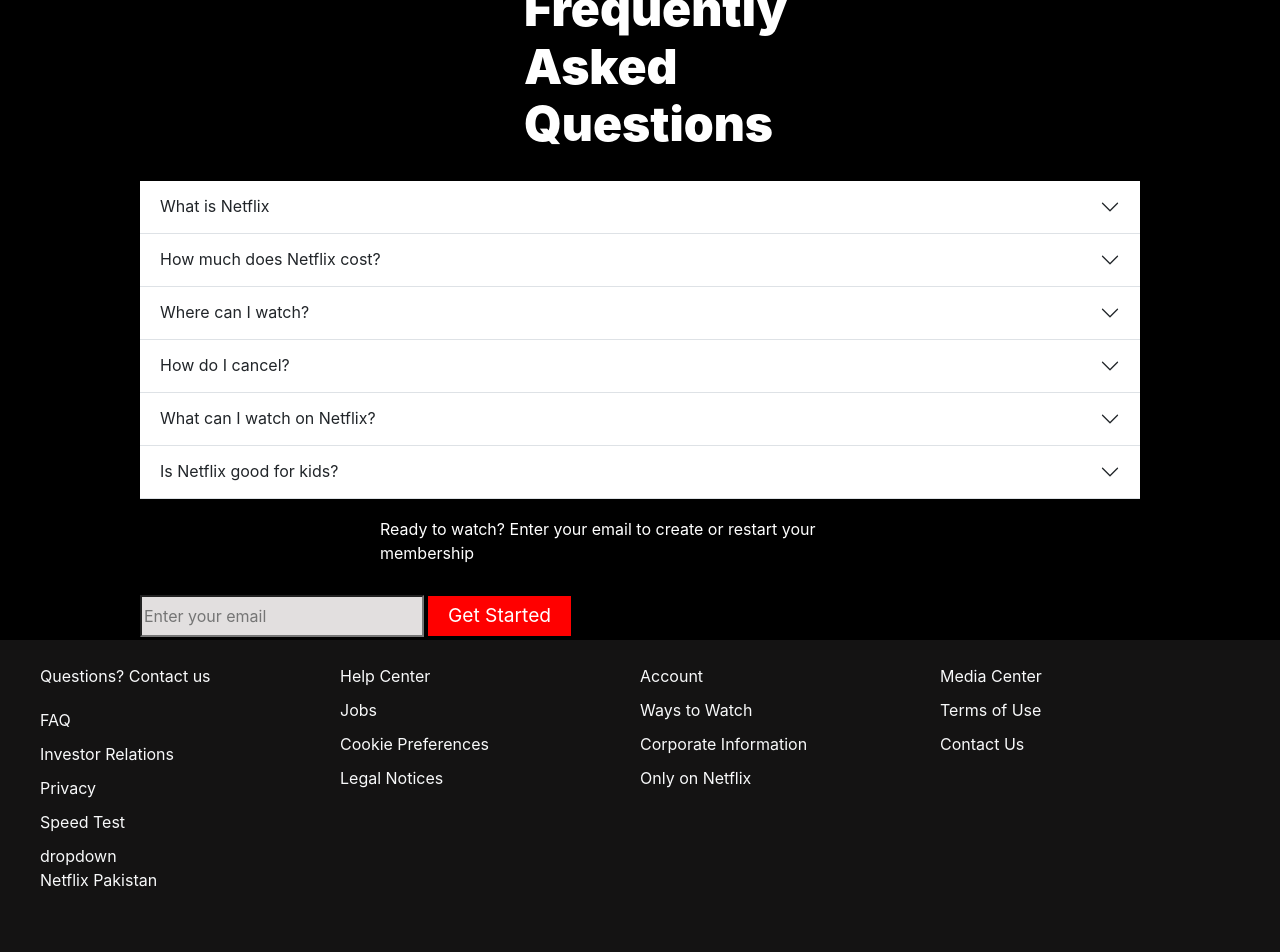
Repository: WajihaGul/Netflix-Clone
Page: /
The author's editor kept a copy of each file at every save. The page is drawn from the files as they stood at one save, then again after the next save.
The browser window is 1280 px wide. The pictures show the part of the page from y = 673 to 1625 px (the page is 1625 px tall before and 1614 px after).
The project was rebuilt for these pictures with package versions that can differ from the ones it lists, and the page was loaded fresh each time. Also part of the build but not shown: src/App.css.

Above is the page before, as saved 2024-05-24 16:04:58.

### public/index.html
<!DOCTYPE html>
<html lang="en">
  <head>
    <meta charset="utf-8" />
    <link rel="icon" href="https://encrypted-tbn0.gstatic.com/images?q=tbn:ANd9GcSJd82jZdXs8Uj9CX3mJFuRF27MZB7q_34xAg&s" />
    <meta name="viewport" content="width=device-width, initial-scale=1" />
    <meta name="theme-color" content="#000000" />
    <meta
      name="description"
      content="Web site created using create-react-app"
    />
    <link rel="apple-touch-icon" href="%PUBLIC_URL%/logo192.png" />
    <!--
      manifest.json provides metadata used when your web app is installed on a
      user's mobile device or desktop. See https://developers.google.com/web/fundamentals/web-app-manifest/
    -->
    <link rel="manifest" href="%PUBLIC_URL%/manifest.json" />
    <!--
      Notice the use of %PUBLIC_URL% in the tags above.
      It will be replaced with the URL of the `public` folder during the build.
      Only files inside the `public` folder can be referenced from the HTML.

      Unlike "/favicon.ico" or "favicon.ico", "%PUBLIC_URL%/favicon.ico" will
      work correctly both with client-side routing and a non-root public URL.
      Learn how to configure a non-root public URL by running `npm run build`.
    -->
    <title>Netflix- Watch TV Shows Online, Watch Movies Online</title>
  </head>
  <body>
    <noscript>You need to enable JavaScript to run this app.</noscript>
    <div id="root"></div>
    <!--
      This HTML file is a template.
      If you open it directly in the browser, you will see an empty page.

      You can add webfonts, meta tags, or analytics to this file.
      The build step will place the bundled scripts into the <body> tag.

      To begin the development, run `npm start` or `yarn start`.
      To create a production bundle, use `npm run build` or `yarn build`.
    -->
  </body>
</html>

### src/index.js
import "bootstrap/dist/css/bootstrap.min.css";
import React from "react";
import ReactDOM from "react-dom/client";
import "./index.css";
import App from "./App";
import reportWebVitals from "./reportWebVitals";

const root = ReactDOM.createRoot(document.getElementById("root"));
root.render(
  <React.StrictMode>
    <App />
  </React.StrictMode>
);

// If you want to start measuring performance in your app, pass a function
// to log results (for example: reportWebVitals(console.log))
// or send to an analytics endpoint. Learn more: https://bit.ly/CRA-vitals
reportWebVitals();

### src/App.js
import "./App.css";
import Footer from "./Components/Footer/Footer";
import FAQs from "./Components/FAQs/FAQs";
import SignupHere from "./Components/SignupHere/SignupHere";

function App() {
  return (
    <>
      <SignupHere />
      <FAQs />
      <Footer />
    </>
  );
}

export default App;

### src/Components/Footer/Footer.jsx
import React from "react";
import styles from "./Footer.module.css";
const Footer = () => {
  return (
    <>
      <footer className={`bg-dark text-light py-4 ${styles.mainclass}`}>
        <div className={styles.container}>
          <div className="row">
            <div className={styles.FooterHere}>
              <div className="col-lg-12">
                <p>Questions? Contact us </p>
                <ul>
                  <li>FAQ</li>
                  <li>Investor Relations</li>
                  <li>Privacy</li>
                  <li>Speed Test</li>
                  dropdown
                  <li>Netflix Pakistan</li>
                </ul>
              </div>

              <div className="col-lg-12">
                <ul>
                  <li>Help Center</li>
                  <li>Jobs</li>
                  <li>Cookie Preferences</li>
                  <li>Legal Notices</li>
                </ul>
              </div>

              <div className="col-lg-12 ">
                <ul>
                  <li>Account</li>
                  <li>Ways to Watch</li>
                  <li>Corporate Information</li>
                  <li>Only on Netflix</li>
                </ul>
              </div>

              <div className="col-lg-12 ">
                <ul>
                  <li>Media Center</li>
                  <li>Terms of Use</li>
                  <li>Contact Us</li>
                </ul>
              </div>
            </div>
          </div>
        </div>
      </footer>
    </>
  );
};

export default Footer;

### src/Components/FAQs/FAQs.jsx
import "bootstrap/dist/js/bootstrap.bundle.min.js"; // Import Bootstrap JavaScript
import React from "react";
import styles from "./FAQs.module.css";
const FAQs = () => {
  return (
    <>
      <div className={styles.parentdiv}>
        <h1 className={styles.faqh1}>Frequently Asked Questions</h1>
        <div
          className={`accordion accordion-flush id="accordionFlushExample" ${styles.container}`}
        >
          <div className="accordion-item">
            <h2 className="accordion-header">
              <button
                className="accordion-button collapsed"
                type="button"
                data-bs-toggle="collapse"
                data-bs-target="#flush-collapseOne"
                aria-expanded="false"
                aria-controls="flush-collapseOne"
              >
                What is Netflix
              </button>
            </h2>
            <div
              id="flush-collapseOne"
              className="accordion-collapse collapse"
              data-bs-parent="#accordionFlushExample"
            >
              <div className="accordion-body">
                Netflix is a streaming service that offers a wide variety of
                award-winning TV shows, movies, anime, documentaries, and more
                on thousands of internet-connected devices. You can watch as
                much as you want, whenever you want without a single commercial
                – all for one low monthly price. There's always something new to
                discover and new TV shows and movies are added every week!
              </div>
            </div>
          </div>
          <div className="accordion-item">
            <h2 className="accordion-header">
              <button
                className="accordion-button collapsed"
                type="button"
                data-bs-toggle="collapse"
                data-bs-target="#flush-collapseTwo"
                aria-expanded="false"
                aria-controls="flush-collapseTwo"
              >
                How much does Netflix cost?
              </button>
            </h2>
            <div
              id="flush-collapseTwo"
              className="accordion-collapse collapse"
              data-bs-parent="#accordionFlushExample"
            >
              <div className="accordion-body">
                Watch Netflix on your smartphone, tablet, Smart TV, laptop, or
                streaming device, all for one fixed monthly fee. Plans range
                from Rs 250 to Rs 1,100 a month. No extra costs, no contracts.
              </div>
            </div>
          </div>
          <div className="accordion-item">
            <h2 className="accordion-header">
              <button
                className="accordion-button collapsed"
                type="button"
                data-bs-toggle="collapse"
                data-bs-target="#flush-collapseThree"
                aria-expanded="false"
                aria-controls="flush-collapseThree"
              >
                Where can I watch?
              </button>
            </h2>
            <div
              id="flush-collapseThree"
              className="accordion-collapse collapse"
              data-bs-parent="#accordionFlushExample"
            >
              <div className="accordion-body">
                Watch anywhere, anytime. Sign in with your Netflix account to
                watch instantly on the web at netflix.com from your personal
                computer or on any internet-connected device that offers the
                Netflix app, including smart TVs, smartphones, tablets,
                streaming media players and game consoles. You can also download
                your favorite shows with the iOS, Android, or Windows 10 app.
                Use downloads to watch while you're on the go and without an
                internet connection. Take Netflix with you anywhere.
              </div>
            </div>
          </div>
          <div className="accordion-item">
            <h2 className="accordion-header">
              <button
                className="accordion-button collapsed"
                type="button"
                data-bs-toggle="collapse"
                data-bs-target="#flush-collapseOne"
                aria-expanded="false"
                aria-controls="flush-collapseOne"
              >
                How do I cancel?
              </button>
            </h2>
            <div
              id="flush-collapseOne"
              className="accordion-collapse collapse"
              data-bs-parent="#accordionFlushExample"
            >
              <div className="accordion-body">
                Netflix is flexible. There are no pesky contracts and no
                commitments. You can easily cancel your account online in two
                clicks. There are no cancellation fees – start or stop your
                account anytime.
              </div>
            </div>
          </div>
          <div className="accordion-item">
            <h2 className="accordion-header">
              <button
                className="accordion-button collapsed"
                type="button"
                data-bs-toggle="collapse"
                data-bs-target="#flush-collapseTwo"
                aria-expanded="false"
                aria-controls="flush-collapseTwo"
              >
                What can I watch on Netflix?
              </button>
            </h2>
            <div
              id="flush-collapseTwo"
              className="accordion-collapse collapse"
              data-bs-parent="#accordionFlushExample"
            >
              <div className="accordion-body">
                Netflix has an extensive library of feature films,
                documentaries, TV shows, anime, award-winning Netflix originals,
                and more. Watch as much as you want, anytime you want.
              </div>
            </div>
          </div>
          <div className="accordion-item">
            <h2 className="accordion-header">
              <button
                className="accordion-button collapsed"
                type="button"
                data-bs-toggle="collapse"
                data-bs-target="#flush-collapseThree"
                aria-expanded="false"
                aria-controls="flush-collapseThree"
              >
                Is Netflix good for kids?
              </button>
            </h2>
            <div
              id="flush-collapseThree"
              className="accordion-collapse collapse"
              data-bs-parent="#accordionFlushExample"
            >
              <div className="accordion-body">
                The Netflix Kids experience is included in your membership to
                give parents control while kids enjoy family-friendly TV shows
                and movies in their own space. Kids profiles come with
                PIN-protected parental controls that let you restrict the
                maturity rating of content kids can watch and block specific
                titles you don’t want kids to see.
              </div>
            </div>
          </div>

          <p className={styles.SignupText}>
            Ready to watch? Enter your email to create or restart your
            membership
          </p>
          <div className={styles.signupwithbtntn}>
            <input
              className={styles.SignupForm}
              type="email"
              id="email"
              name="email"
              placeholder="Enter your email"
              required
            />
            <button className={styles.SignUpBtn}>Get Started</button>
          </div>
        </div>
      </div>
    </>
  );
};
export default FAQs;

### src/Components/SignupHere/SignupHere.jsx
import styles from "./SignupHere.module.css";

const SignupHere = () => {
  return (
    <>
      <div className={styles.imgContainer}>
        <div className={`expand-lg bg-body-tertiary ${styles.navcontainer} `}>
          <h1>NETFLIX</h1>
          className={`expand-lg bg-body-tertiary ${styles.navcontainer} `}
          <div className="container-fluid">
            <a className={styles.brand} href="#">
              <span className={styles.navstyle}>NETFLIX</span>
            </a>

            <button className={styles.navbtn} type="submit">
              Sign in
            </button>
          </div>
          <div className={styles.SignupTextDiv}>
            <h1 className={styles.SignupText}>
              Unlimited movies, TV shows, and more
            </h1>
            <p className={styles.SignupText}>Watch anywhere. Cancel anytime.</p>
            <p className={styles.SignupText}>
              Ready to watch? Enter your email to create or restart your
              membership
            </p>
            <div>
              <input
                className={styles.SignupForm}
                type="email"
                id="email"
                name="email"
                placeholder="Enter your email"
                required
              />
              <button className={styles.SignUpBtn}>Get Started</button>
            </div>
          </div>
        </div>
      </div>
    </>
  );
};

export default SignupHere;

### src/Components/Footer/Footer.module.css
.mainclass{
    background-color: #141313 !important;
}
.container {
    max-width: 1200px;
    margin: 0 auto;

  }

  .FooterHere {
    display: flex;
    flex-wrap: wrap;
    justify-content: space-between;
  }

  .FooterHere > div {
    flex: 1;
    min-width: 200px;
    margin-bottom: 20px;
  }

  ul {
    list-style: none;
    padding: 0;
  }

  ul li {
    margin-bottom: 10px;
    cursor: pointer;
  }

  ul li:hover {
    text-decoration: underline;
  }

  footer p {
    margin-bottom: 20px;
  }

  @media (max-width: 768px) {
    .FooterHere {
      flex-direction: column;
      align-items: flex-start;
    }

    .FooterHere > div {
      min-width: 100%;
    }
  }

### src/Components/FAQs/FAQs.module.css
.parentdiv{
   background:black;
}
.container{
   width:1000px;
   margin: 0 auto;

}

.faqh1{
   color:white;
   font-size: 3rem;
   font-weight: 900;
   padding-left: 524px;
   padding-right: 524px;
   padding-bottom: 20px;
   padding-top: 32px;
}
.SignUpBtn{
   background: red;
   color: white;
   height: 40px;
   width: 143px;
   margin: 4px;
   /* border-radius: 7px; */
   border: none;
   font-size: larger;
}

.SignupText{
   color: white;
   padding-left: 240px;
    padding-right: 240px;
    padding-top: 18px;
    padding-bottom: 11px;
}

.SignupForm{
   width: 284px;
   height: 42px;
   background: #e2dfdf;
}
.signupwithbtn{
   padding-left: 250px;
   padding-right: 250px;
}

### src/Components/SignupHere/SignupHere.module.css
.imgContainer{
    margin-top: -79px;
    height: 700px;
    width: 100%;
    background-image: url(https://assets.nflxext.com/ffe/siteui/vlv3/a99688ca-33c3-4099-9baa-07a2e2acb398/0279102c-4f3f-4ed2-a283-cce57434d595/PK-en-20240520-popsignuptwoweeks-perspective_alpha_website_large.jpg);
}


.navbtn {
    background: #e61c1c;
    color: white;
    /* padding: 4px 17px; */
    border-radius: 7px;
    border: none;
    font-size: medium;
    font-family: emoji;
    margin-left: 343px;
    margin-right: 343px;
    padding-top: 4px;
    padding-bottom: 4px;
    height: 32px;
    width: 71px;
    margin-top: 2px;
    margin-bottom: 2px;
}

.navstyle{
    color: red;
    font-size: xx-large;
    font-family: emoji;
    padding-left: 343px;
    padding-right: 343px;
    padding-top: 10px;
    padding-bottom: 10px;
}

.navcontainer{
    background-color: transparent !important;
}
.SignupText{
    color: white;
    align-items: center;
    justify-content: center;
    display: flex;
    flex-direction: column;
}
.SignupTextDiv{
    color: white;
    align-items: center;
    justify-content: center;
    display: flex;
    flex-direction: column;
    margin-top: 170px;
}
.SignupForm{
    width: 284px;
    height: 42px;
    background: #e2dfdf;
}
.SignUpBtn{
    background: red;
    color: white;
    height: 40px;
    width: 143px;
    margin: 4px;
    /* border-radius: 7px; */
    border: none;
    font-size: larger;
}

Loaded but not shown: src/index.css (common file); src/reportWebVitals.js (common file)

After the next save:
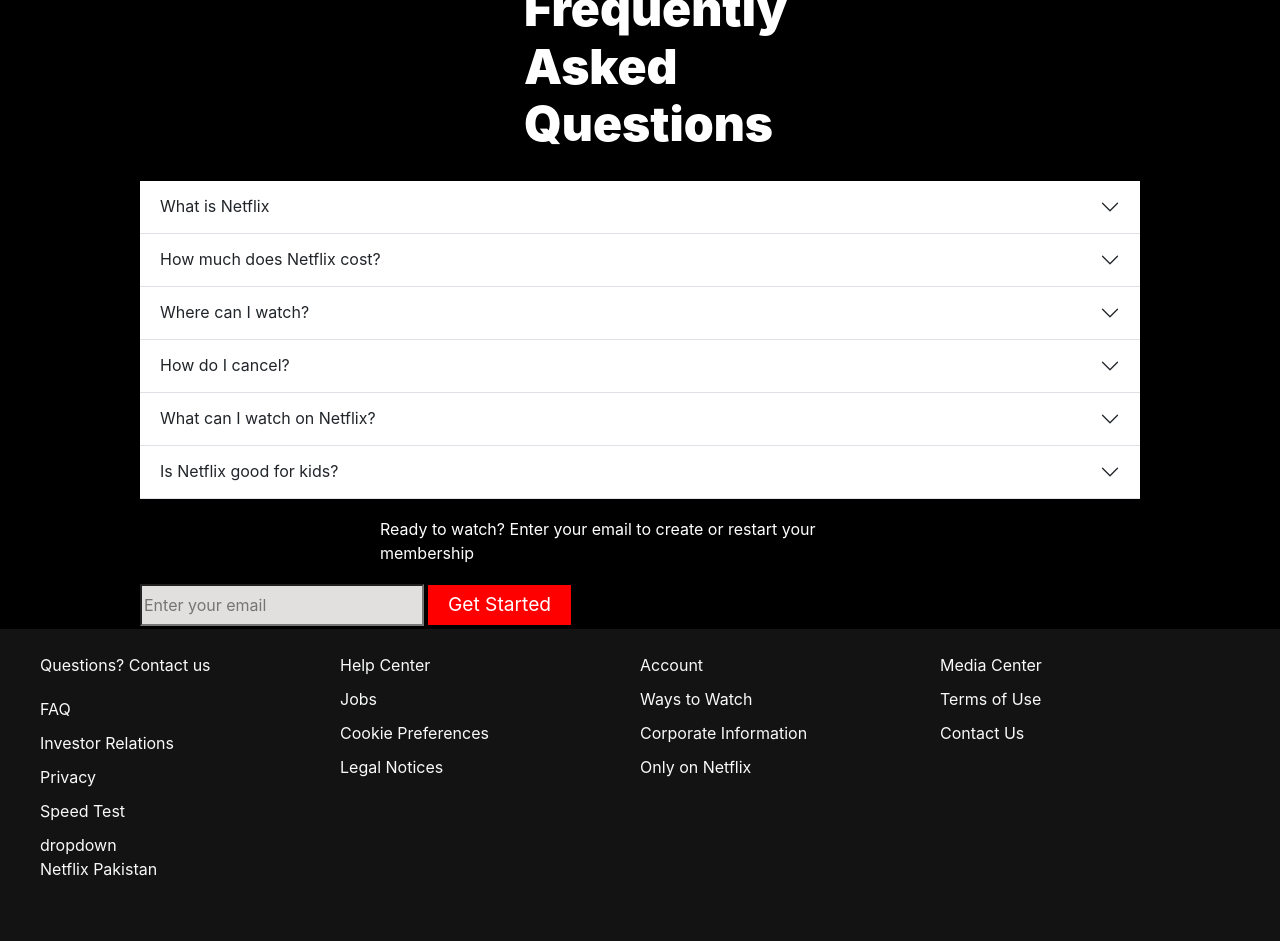
Saved 5 s later.
--- a/src/Components/FAQs/FAQs.module.css
+++ b/src/Components/FAQs/FAQs.module.css
@@ -32,7 +32,7 @@
    padding-left: 240px;
     padding-right: 240px;
     padding-top: 18px;
-    padding-bottom: 11px;
+
 }
 
 .SignupForm{
